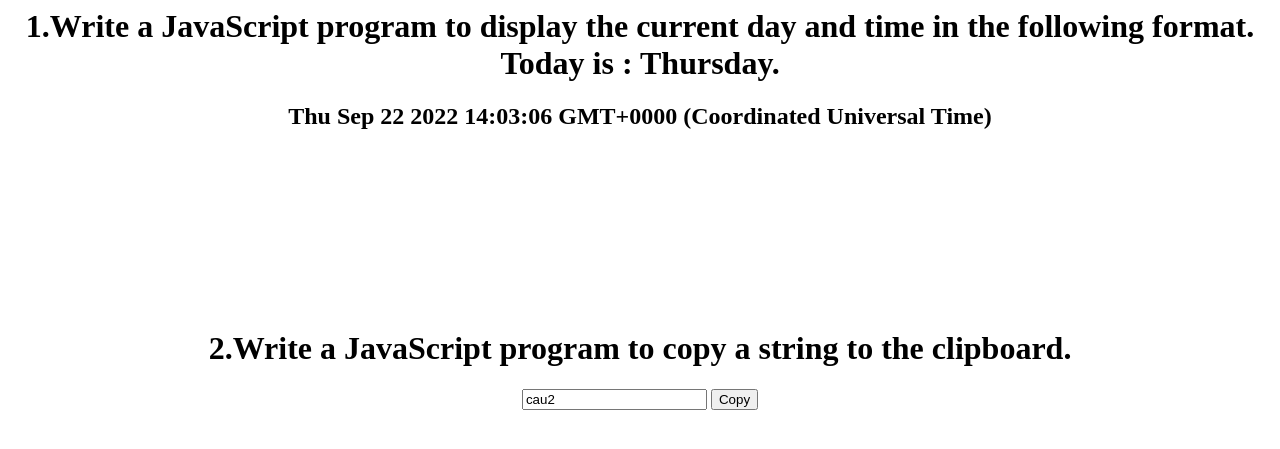
Repository: HoangDuy315/web-dev2022
Page: hw151022/ex1/ex1.html
The author's editor kept a copy of each file at every save. The page is drawn from the files as they stood at one save, then again after the next save.
The browser window is 1280 px wide. The pictures show the whole page.

Above is the page before, as saved 2022-10-15 12:23:16.

### hw151022/ex1/ex1.html
<!--JavaScript to display current Date and Time.-->

<html>
  <head>
    <title>JavaScript to display current Date and Time.</title>
  </head>

  <script type="text/javascript">
    function getCurrentDate() {
      var curDate = new Date();

      document.getElementById("showDate").innerHTML = curDate.toString();
    }
  </script>

  <body onLoad="getCurrentDate()" style="text-align: center">
    <h1>
      1.Write a JavaScript program to display the current day and time in the
      following format. Today is : Thursday.
    </h1>

    <!--Here date and time will display-->

    <h2 id="showDate"></h2>
    <script src="./ex1.js"></script>
  </body>

  <!-- 2 -->
  <body style="text-align: center">
    <h1 style="margin-top: 200px">
      2.Write a JavaScript program to copy a string to the clipboard.
    </h1>
    <input type="text" value="cau2" id="testcau2" />
    <button onclick="cau2()">Copy</button>
    <script src="./ex1.js"></script>
  </body>
</html>

### hw151022/ex1/ex1.js
// 2

function cau2() {
  var cp2 = document.getElementById("testcau2");
  cp2.select();
  document.execCommand("copy");
  alert("Copied the text: " + cp2.value);
}

After the next save:
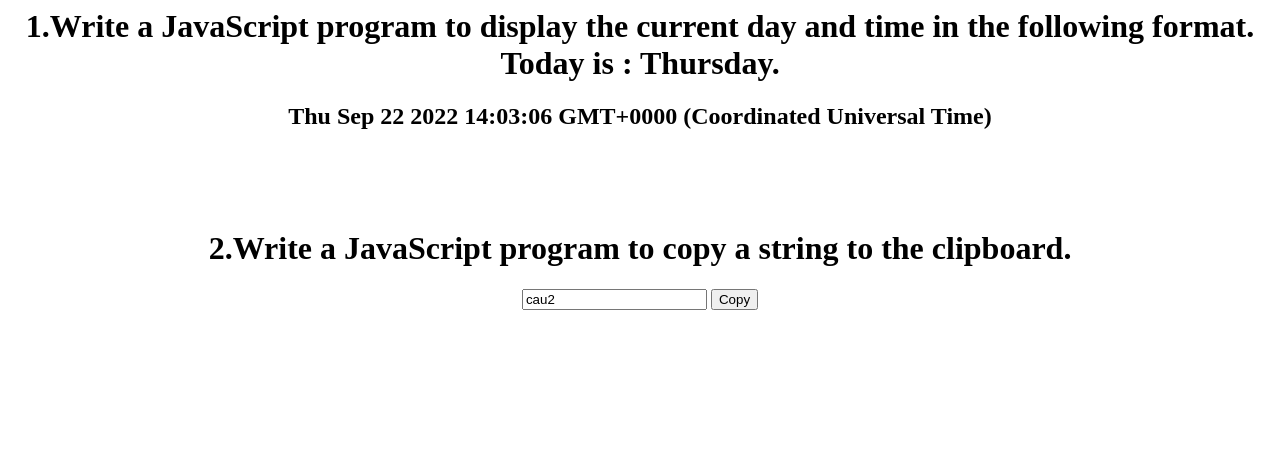
Saved 4 s later.
--- a/hw151022/ex1/ex1.html
+++ b/hw151022/ex1/ex1.html
@@ -27,7 +27,7 @@
 
   <!-- 2 -->
   <body style="text-align: center">
-    <h1 style="margin-top: 200px">
+    <h1 style="margin-top: 100px">
       2.Write a JavaScript program to copy a string to the clipboard.
     </h1>
     <input type="text" value="cau2" id="testcau2" />
